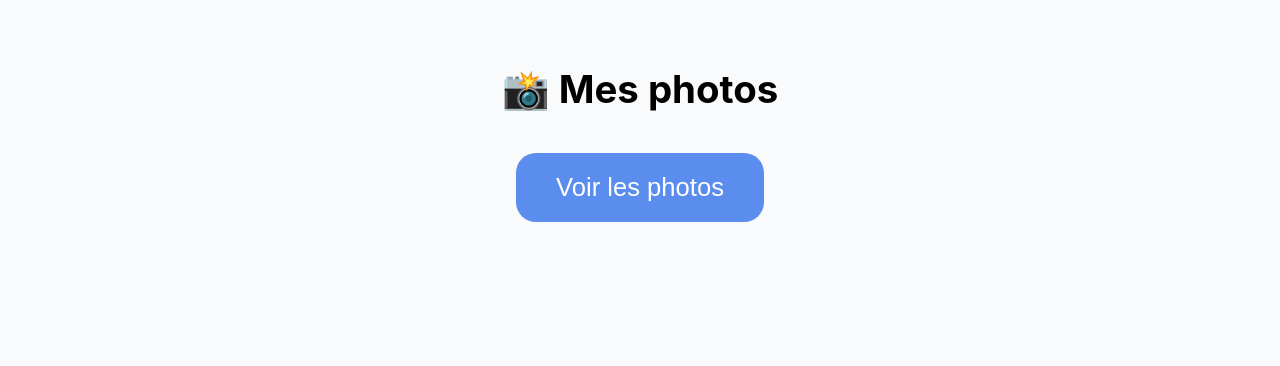
Repository: nlagardere/OpenHand
Page: apps/photos/index.html
The author's editor kept a copy of each file at every save. The page is drawn from the files as they stood at one save, then again after the next save.
The browser window is 1280 px wide. The pictures show the whole page.

Above is the page before, as saved 2026-01-30 21:24:29.
Not found: apps/photos/app.js

After the next save:
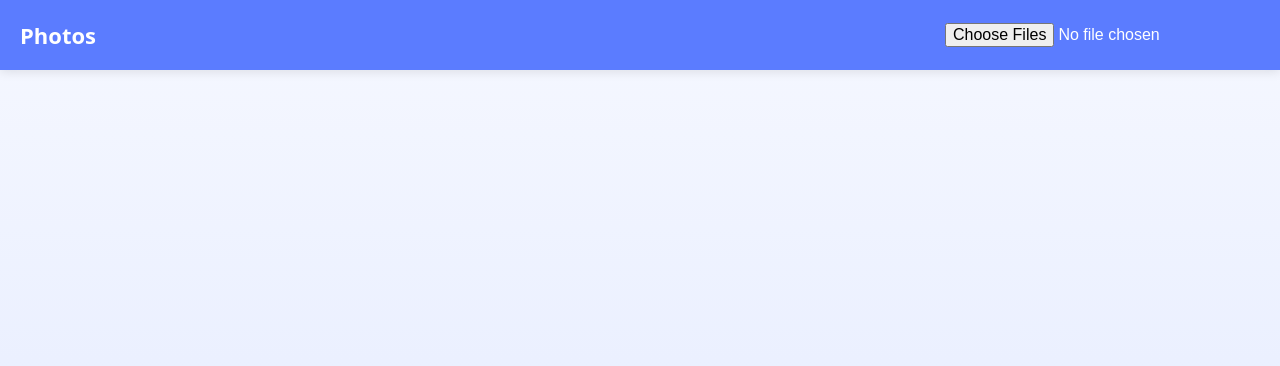
Saved 1 s later.
--- a/apps/photos/index.html
+++ b/apps/photos/index.html
@@ -2,19 +2,139 @@
 <html lang="fr">
 <head>
 <meta charset="UTF-8">
-<title>Photos</title>
-<link rel="stylesheet" href="app.css">
+<title>Photos - OpenHand</title>
+<style>
+body {
+  margin:0;
+  font-family:system-ui, sans-serif;
+  height:100vh;
+  display:flex;
+  flex-direction:column;
+  background:linear-gradient(180deg,#f6f8ff,#e0e8ff);
+}
+
+header {
+  height:70px;
+  display:flex;
+  align-items:center;
+  justify-content:space-between;
+  padding:0 20px;
+  background:#5b7cff;
+  color:white;
+  font-size:22px;
+  font-weight:600;
+  box-shadow:0 2px 10px rgba(0,0,0,.1);
+}
+
+#photoInput {
+  padding:8px 12px;
+  font-size:16px;
+  border-radius:12px;
+  border:none;
+  cursor:pointer;
+}
+
+#gallery {
+  flex:1;
+  padding:16px;
+  display:grid;
+  grid-template-columns:repeat(auto-fill,minmax(120px,1fr));
+  gap:12px;
+  overflow-y:auto;
+}
+
+#gallery img {
+  width:100%;
+  border-radius:14px;
+  cursor:pointer;
+  transition: transform 0.25s ease;
+}
+
+#gallery img:active {
+  transform:scale(0.95);
+}
+
+/* Modal pour zoom */
+#modal {
+  position:fixed;
+  inset:0;
+  background:rgba(0,0,0,.85);
+  display:none;
+  justify-content:center;
+  align-items:center;
+  z-index:999;
+}
+
+#modal img {
+  max-width:90%;
+  max-height:90%;
+  border-radius:20px;
+  touch-action: pan-y pinch-zoom;
+}
+</style>
 </head>
 <body>
 
-<h1>📸 Mes photos</h1>
+<header>
+  Photos
+  <input type="file" id="photoInput" accept="image/*" multiple>
+</header>
 
-<div id="gallery">
-  <button onclick="alert('À connecter au vrai dossier plus tard')">
-    Voir les photos
-  </button>
+<div id="gallery"></div>
+
+<div id="modal">
+  <img id="modalImg" src="">
 </div>
 
-<script src="app.js"></script>
+<script>
+const input = document.getElementById('photoInput');
+const gallery = document.getElementById('gallery');
+const modal = document.getElementById('modal');
+const modalImg = document.getElementById('modalImg');
+
+// Affichage images sélectionnées
+input.addEventListener('change', ()=>{
+  gallery.innerHTML = "";
+  for (const file of input.files){
+    const img = document.createElement('img');
+    img.src = URL.createObjectURL(file);
+    gallery.appendChild(img);
+
+    img.addEventListener('click', ()=>{
+      modalImg.src = img.src;
+      modal.style.display = 'flex';
+    });
+  }
+});
+
+// Fermer modal au clic
+modal.addEventListener('click', ()=>{
+  modal.style.display = 'none';
+});
+
+// Gestes tactiles simples : pinch-zoom sur mobile
+let initialDistance = 0;
+modalImg.addEventListener('touchmove', (e)=>{
+  if (e.touches.length === 2){
+    e.preventDefault();
+    const dx = e.touches[0].clientX - e.touches[1].clientX;
+    const dy = e.touches[0].clientY - e.touches[1].clientY;
+    const distance = Math.hypot(dx, dy);
+
+    if (initialDistance === 0){
+      initialDistance = distance;
+    } else {
+      const scale = distance / initialDistance;
+      modalImg.style.transform = `scale(${scale})`;
+    }
+  }
+});
+
+modalImg.addEventListener('touchend', ()=>{
+  initialDistance = 0;
+  modalImg.style.transform = 'scale(1)';
+});
+</script>
+
 </body>
 </html>
